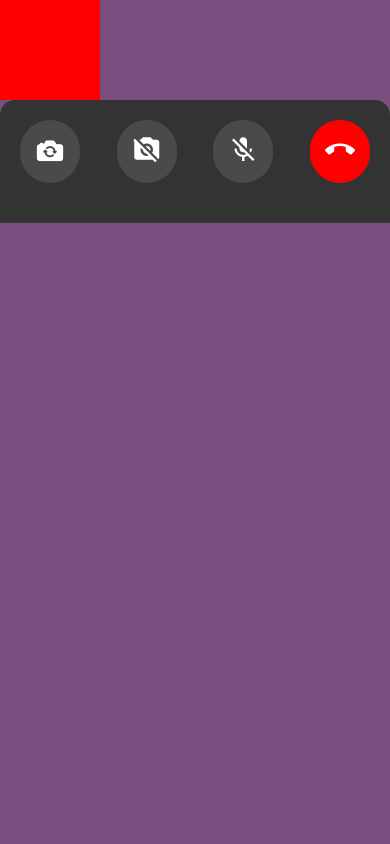
Repository: JennaFi/VideoCallApp
Screen: /Call
An editor plug-in stored every save of this project. The screen is shown before and after the next save, followed by the edit.
The app was drawn by React Native's web renderer in a window 390 px wide. The project was rebuilt for these pictures with package versions that can differ from the ones it lists, and the page was loaded fresh each time.

Above is the screen before, as saved 2022-01-13 00:44:59.

After the next save:
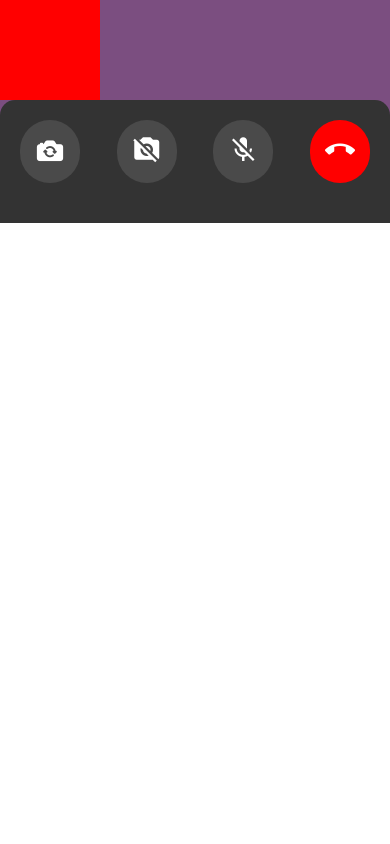
Saved 23 h 11 min later.
--- a/src/screens/CallScreen/index.js
+++ b/src/screens/CallScreen/index.js
@@ -21,7 +21,7 @@
 
 const styles = StyleSheet.create({
   page: {
-    flex: 1,
+    // flex: 1,
     backgroundColor: '#7b4e80'
   },
   cameraPreview: {

After the save that followed:
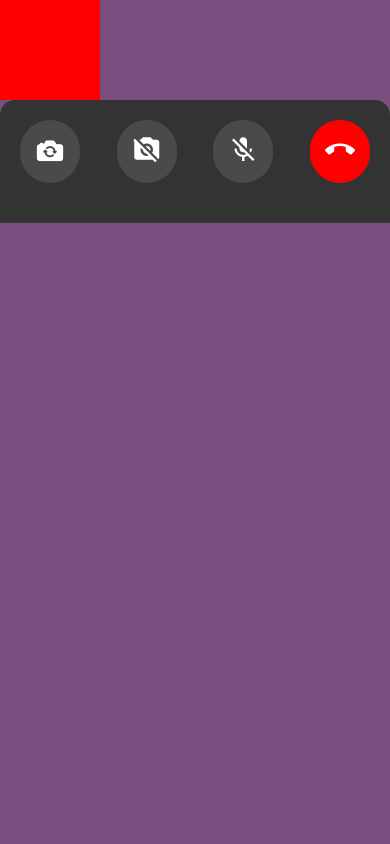
Saved 7 s later.
--- a/src/screens/CallScreen/index.js
+++ b/src/screens/CallScreen/index.js
@@ -21,7 +21,7 @@
 
 const styles = StyleSheet.create({
   page: {
-    // flex: 1,
+    flex: 1,
     backgroundColor: '#7b4e80'
   },
   cameraPreview: {
